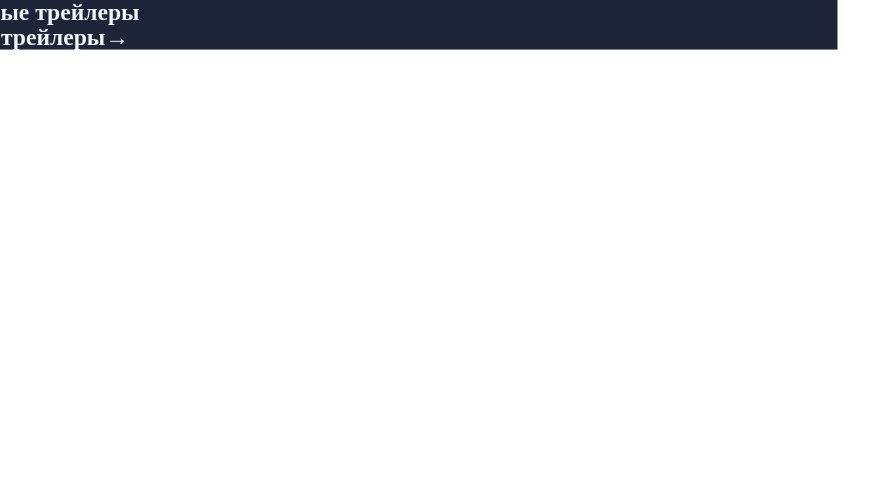
Repository: KHANas02/code
Page: index.html
An editor plug-in stored every save of this project. The page is shown before and after a run of saves, followed by the edit.
The browser window is 1280 px wide. The page is 1313 px wide, so the pictures cover 1313 px, including what lies to the right of the window. The pictures show the whole page, at 67% of full size.

Above is the page before, as saved 2024-03-14 13:37:57.

### index.html
<!DOCTYPE html>
<html lang="en">
<head>
    <meta charset="UTF-8">
    <meta name="viewport" content="width=device-width, initial-scale=1.0">
    <title>Document</title>
    <link rel="stylesheet" href="./style.css">
</head>
<body>
        <div class="divONE">
      <b><h1 class="text1">Новые трейлеры</h1></b>
      <b><h1 class="text2">Все трейлеры→</h1></b>
      <div class="divI">










</body>
</html>

### style.css
* {
  padding: 0;
  margin: 0;
  box-sizing: border-box;
}
h1 {
  transform: scale(1.1);
}
.divONE {
  width: 1250px;
  height:100% ;
  background-color: #1e2538;
}
h1 {
  color: aliceblue;
}

After the next 2 saves:
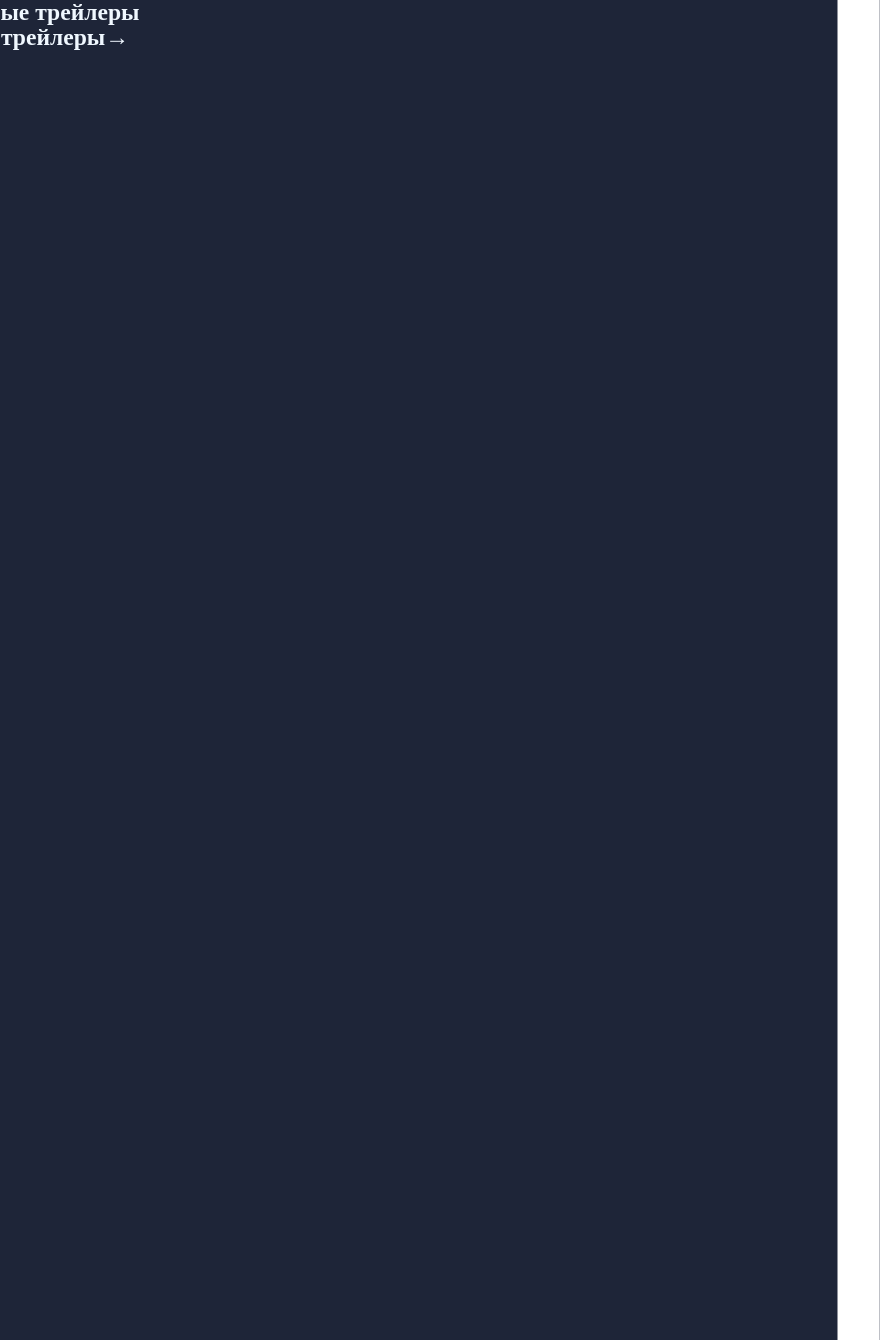
The 2 saves are shown as one change because they came seconds apart.
The last was saved 15 s later.
--- a/style.css
+++ b/style.css
@@ -8,7 +8,7 @@
 }
 .divONE {
   width: 1250px;
-  height:100% ;
+  height: 2000px;
   background-color: #1e2538;
 }
 h1 {
